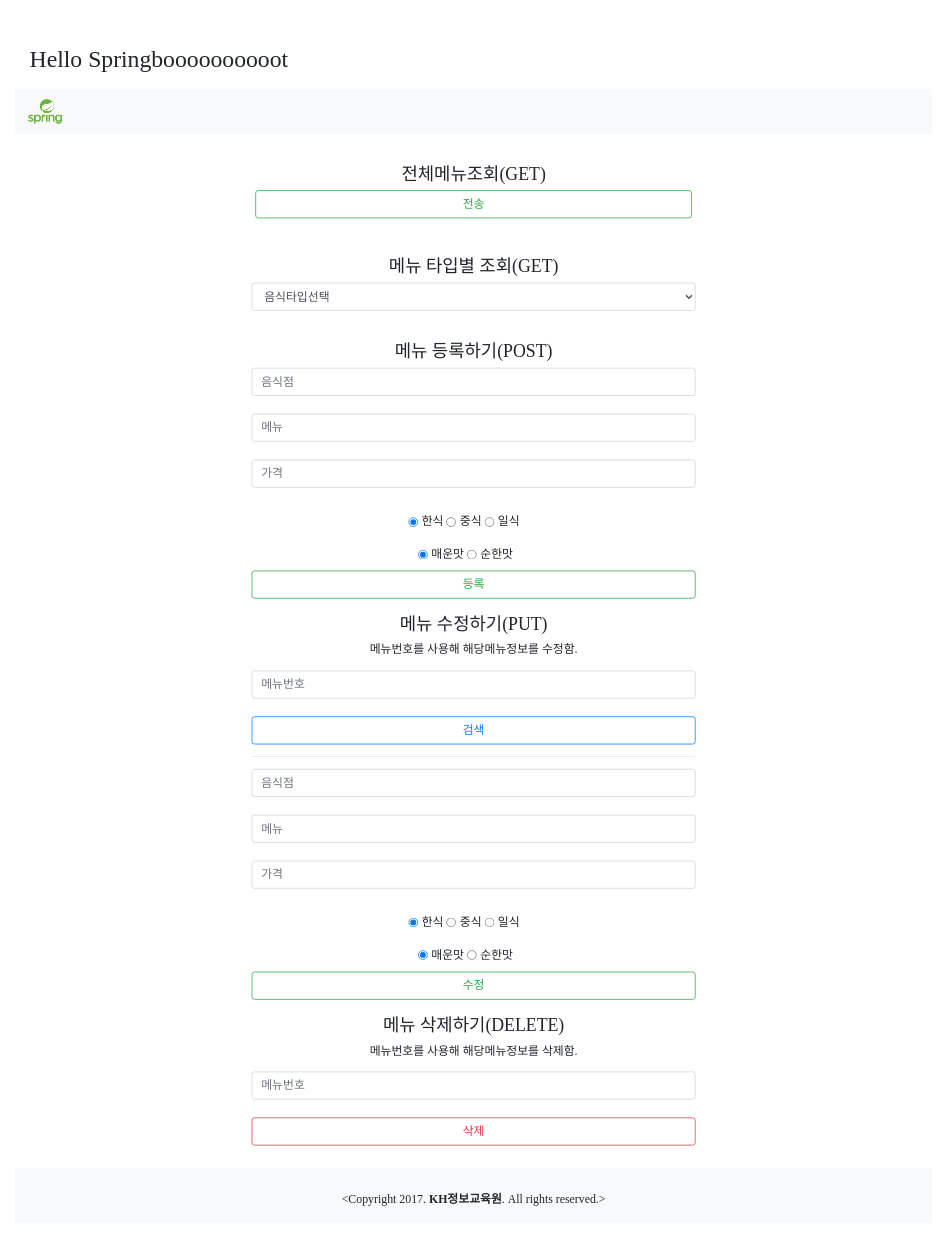
Repository: jinhak94/khspring
Page: http://localhost/springboot/
The author's editor kept a copy of each file at every save. The page is drawn from the files as they stood at one save, then again after the next save.
The browser window is 1280 px wide. The pictures show the whole page, at 74% of full size.
The page is served by Tomcat 9.

Above is the page before, as saved 2021-05-03 05:35:50.

After the next save:
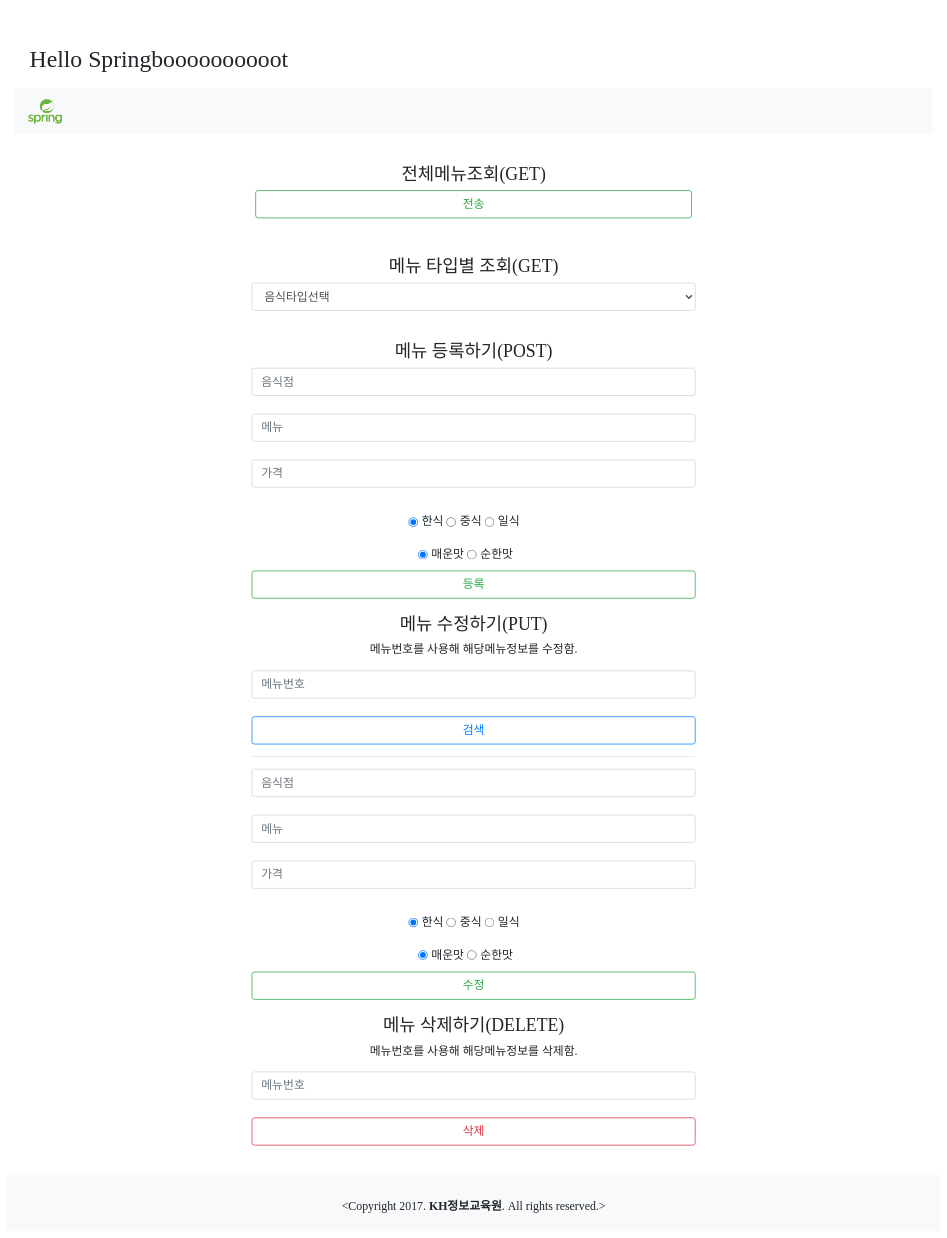
Saved 10 min 24 s later.
--- a/spring_workspace/springboot/springboot/src/main/webapp/index.jsp
+++ b/spring_workspace/springboot/springboot/src/main/webapp/index.jsp
@@ -333,11 +333,11 @@ function displayResultTable(selector, data){
 			    	})
 			     });
 		     </script>
-   </section>
+			</div>
    <footer>
       <p>&lt;Copyright 2017. <strong>KH정보교육원</strong>. All rights reserved.&gt;</p>
    </footer>
-
-</div>
+   </section>
+
 </body>
 </html>
